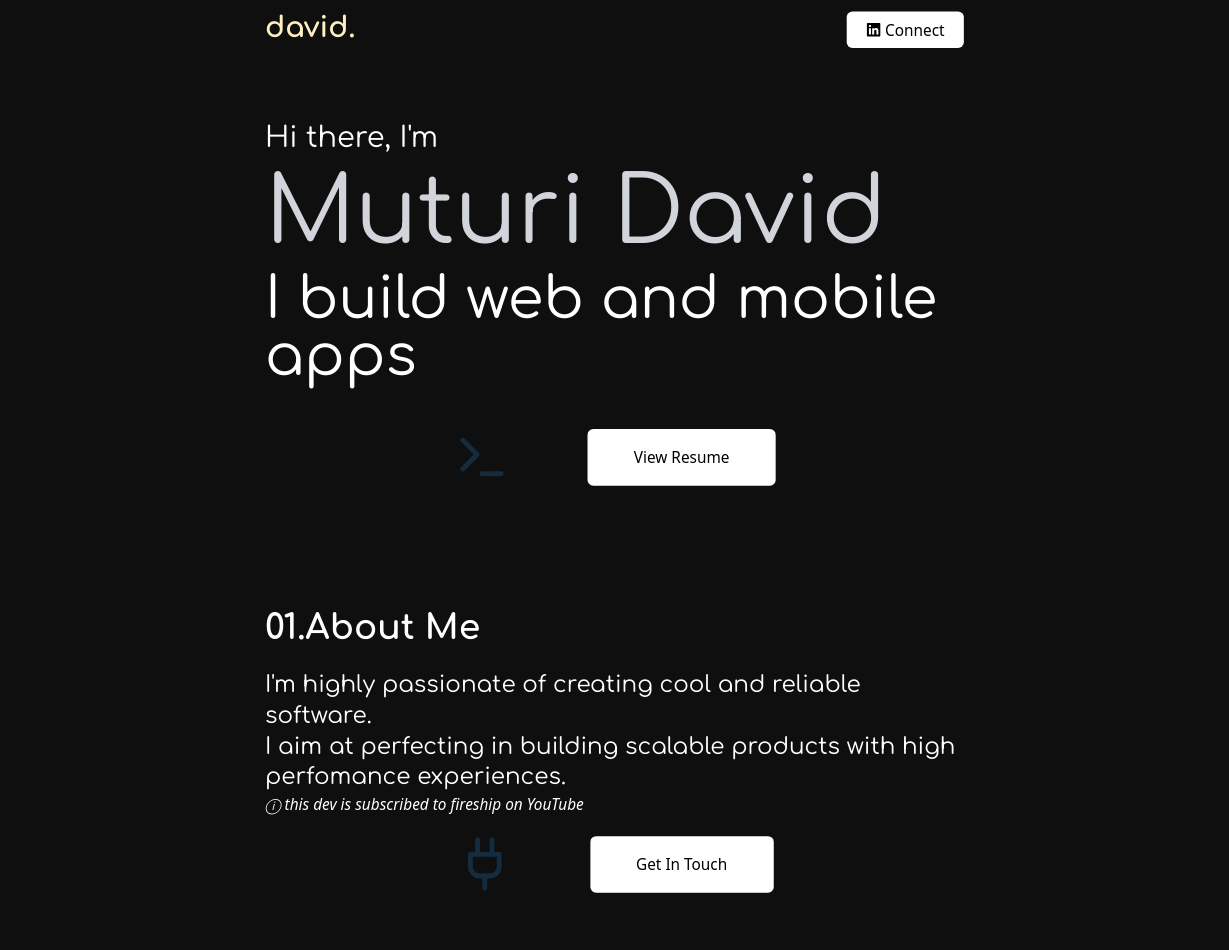
Repository: tushcmd/tushdev-portfolio
Page: /
These files come from the project's save history. The page is drawn as it stood at one moment and after the next save; the edit follows.
The browser window is 1280 px wide. The pictures show the whole page, at 96% of full size.
The project was rebuilt for these pictures with package versions that can differ from the ones it lists, and the page was loaded fresh each time. The framework's server and built-in components were replaced by stand-ins that run in the browser. Also part of the build but not shown: next.config.js.

Above is the page before, as saved 2023-12-15 04:16:40.

### app/layout.tsx
import type { Metadata } from 'next'
import { Inter } from 'next/font/google'
import './globals.css'

const inter = Inter({ subsets: ['latin'] })

export const metadata: Metadata = {
  title: 'Muturi | Software Engineer',
  description: 'This is my Portfolio',

}

export default function RootLayout({
  children,
}: {
  children: React.ReactNode
}) {
  return (
    <html lang="en">
      <head>
        <link rel="icon" href="./public/favicon.ico" />
      </head>
      <body className={`{inter.className} bg-primary w-full overflow-visible`} >{children}</body>
    </html>
  )
}

### app/page.tsx
import Navbar from '@/app/ui/nav';
import Hero from '@/app/ui/hero';
import About from './ui/about';

export default function Page() {
  return (
    <main>
      <Navbar />
      <Hero />
      <About />
    </main>
  );
}

### app/ui/nav.tsx
import Link from 'next/link';
import { comfortaa } from '@/app/ui/fonts';

export default async function Navbar() {
  return (
    <div className='flex justify-center items-center'>
      <div className='sticky flex items-start md:max-w-3xl py-3 w-full md:px-5 px-5 justify-between'>
        <Link
          href='/'
          className={`${comfortaa.className} antialiased font-bold text:2xl md:text-3xl text-logo`}
        >
          david<span>.</span>
        </Link>
        <div className='flex items-center gap-2'>
          <a
            href='https://www.linkedin.com/in/muturi-david-44b505208/'
            target='_blank'
            rel='_noreferrer'
            className='flex items-center gap-1 md:hover:bg-slate-200 rounded-md px-5 bg-white text-black font-medium py-[0.45rem]'
          >
            <svg
              stroke='currentColor'
              fill='currentColor'
              stroke-width='0'
              viewBox='0 0 448 512'
              className='mt-[0.03rem]'
              height='1em'
              width='1em'
              xmlns='http://www.w3.org/2000/svg'
            >
              <path d='M416 32H31.9C14.3 32 0 46.5 0 64.3v383.4C0 465.5 14.3 480 31.9 480H416c17.6 0 32-14.5 32-32.3V64.3c0-17.8-14.4-32.3-32-32.3zM135.4 416H69V202.2h66.5V416zm-33.2-243c-21.3 0-38.5-17.3-38.5-38.5S80.9 96 102.2 96c21.2 0 38.5 17.3 38.5 38.5 0 21.3-17.2 38.5-38.5 38.5zm282.1 243h-66.4V312c0-24.8-.5-56.7-34.5-56.7-34.6 0-39.9 27-39.9 54.9V416h-66.4V202.2h63.7v29.2h.9c8.9-16.8 30.6-34.5 62.9-34.5 67.2 0 79.7 44.3 79.7 101.9V416z'></path>
            </svg>
            Connect
          </a>
        </div>
      </div>
    </div>
  );
}

### app/ui/hero.tsx
import { opensans } from '@/app/ui/fonts';
import { inter } from '@/app/ui/fonts';
import { comfortaa } from '@/app/ui/fonts';
import hero from '@/constants/hero';
import { Terminal } from 'lucide-react';

export default async function Hero() {
  return (
    <section className='relative flex flex-col justify-center items-center md:py-16 py-6 overflow-auto'>
      <div className='flex items-start flex-col md:max-w-3xl pb-6 w-full md:px-5 px-5 justify-between'>
        <p className={`${comfortaa.className} text-3xl text-white pb-3`}>
          Hi there, I&apos;m
        </p>
        <h6
          className={`${comfortaa.className} text-5xl md:text-8xl text-[#D1D5DB] text-bold pb-3`}
        >
          {hero.name}
        </h6>
        <p className={`${comfortaa.className} text-4xl md:text-6xl text-white`}>
          {hero.paragraph}
        </p>
      </div>
      <div className='flex flex-row md:max-w-3xl pt-3 md:pt-5 pb-3 w-full md:px-5 px-5 justify-center space-x-12 md:space-x-20'>
        <svg
          xmlns='http://www.w3.org/2000/svg'
          width='60'
          height='60'
          viewBox='0 0 24 24'
          fill='none'
          stroke='#142c3e'
          stroke-width='2'
          stroke-linecap='round'
          stroke-linejoin='round'
          className='lucide lucide-terminal'
        >
          <polyline points='4 17 10 11 4 5' />
          <line x1='12' x2='20' y1='19' y2='19' />
        </svg>
        <div className='flex items-center gap-2'>
          <a
            href='/'
            target='_blank'
            rel='_noreferrer'
            className='flex items-center gap-1 md:hover:bg-slate-200 rounded-md px-12 bg-white text-black font-medium py-[1.08rem]'
          >
            View Resume
          </a>
        </div>
      </div>
    </section>
  );
}

### app/ui/about.tsx
import Image from 'next/image';
import { comfortaa } from '@/app/ui/fonts';
import about from '@/constants/about';

export default async function About() {
  return (
    <section className='relative flex flex-col justify-center items-center pt-3'>
      <div className='flex items-start flex-col md:max-w-3xl py-10 w-full md:px-5 px-5 justify-between'>
        <h6
          className={`${comfortaa.className} text-white font-bold text-4xl hover:border-0 hover:text-[#142c3e] pb-6`}
        >
          01.About Me
        </h6>
        <p className={`${comfortaa.className} text-white text-2xl`}>
          I&apos;m {about.paragraph} <br />
          {about.paragraph2}
        </p>
        <i className='text-white text-base'>ⓘ this dev is subscribed to fireship on YouTube </i>
        <div className='flex flex-row md:max-w-3xl pt-3 md:py-5 py-10 w-full md:px-5 px-5 justify-center space-x-12 md:space-x-20'>
          <svg
            xmlns='http://www.w3.org/2000/svg'
            width='60'
            height='60'
            viewBox='0 0 24 24'
            fill='none'
            stroke='#142c3e'
            stroke-width='2'
            stroke-linecap='round'
            stroke-linejoin='round'
            className='lucide lucide-plug'
          >
            <path d='M12 22v-5' />
            <path d='M9 8V2' />
            <path d='M15 8V2' />
            <path d='M18 8v5a4 4 0 0 1-4 4h-4a4 4 0 0 1-4-4V8Z' />
          </svg>
          <div className='flex items-center gap-2'>
            <a
              href='/'
              target='_blank'
              rel='_noreferrer'
              className='flex items-center gap-1 md:hover:bg-slate-200 rounded-md px-12 bg-white text-black font-medium py-[1.08rem]'
            >
              Get In Touch
            </a>
          </div>
        </div>
      </div>
    </section>
  );
}

### app/ui/fonts.ts
import { Inter, Comfortaa, Open_Sans } from 'next/font/google';

export const inter = Inter({ subsets: ['latin'] });

export const comfortaa = Comfortaa({
  weight: ['400', '700'],
  subsets: ['latin'],
});

export const opensans = Open_Sans({
    weight: ['300', '400', '500', '600', '700', '800'],
    subsets: ['latin']
});

### constants/hero.ts
interface Hero {
    greet: string;
    name: string;
    paragraph: string;
}

const hero: Hero = {
    greet: 'Hi there, I am',
    name: 'Muturi David',
    paragraph: `I build web and mobile
    apps`,
};

export default hero;

### constants/about.ts
interface About {
    paragraph: string;
    paragraph2: string;
}

const about: About = {
    paragraph: ' highly passionate of creating cool and reliable software.',
    paragraph2: 'I aim at perfecting in building scalable products with high perfomance experiences. ',
};

export default about;

### tailwind.config.ts
import type { Config } from 'tailwindcss'

const config: Config = {
  content: [
    './pages/**/*.{js,ts,jsx,tsx,mdx}',
    './components/**/*.{js,ts,jsx,tsx,mdx}',
    './app/**/*.{js,ts,jsx,tsx,mdx}',
  ],
  theme: {
    extend: {
      colors: {
        primary: "#0F0F0F",
        heading: "#FFFFFF",
        logo: "#FFF0C1",
        dimGray: "D1D5DB",
        iconBg: '#9CA3AF',
        iconText: '202020',
      },
      screens: {
        sm: '480px',
        md: '768px',
        lg: '976px',
        xl: '1440px',
      },
    },
  },
  plugins: [],
}
export default config

Loaded but not shown: app/globals.css (common file)

After the next save:
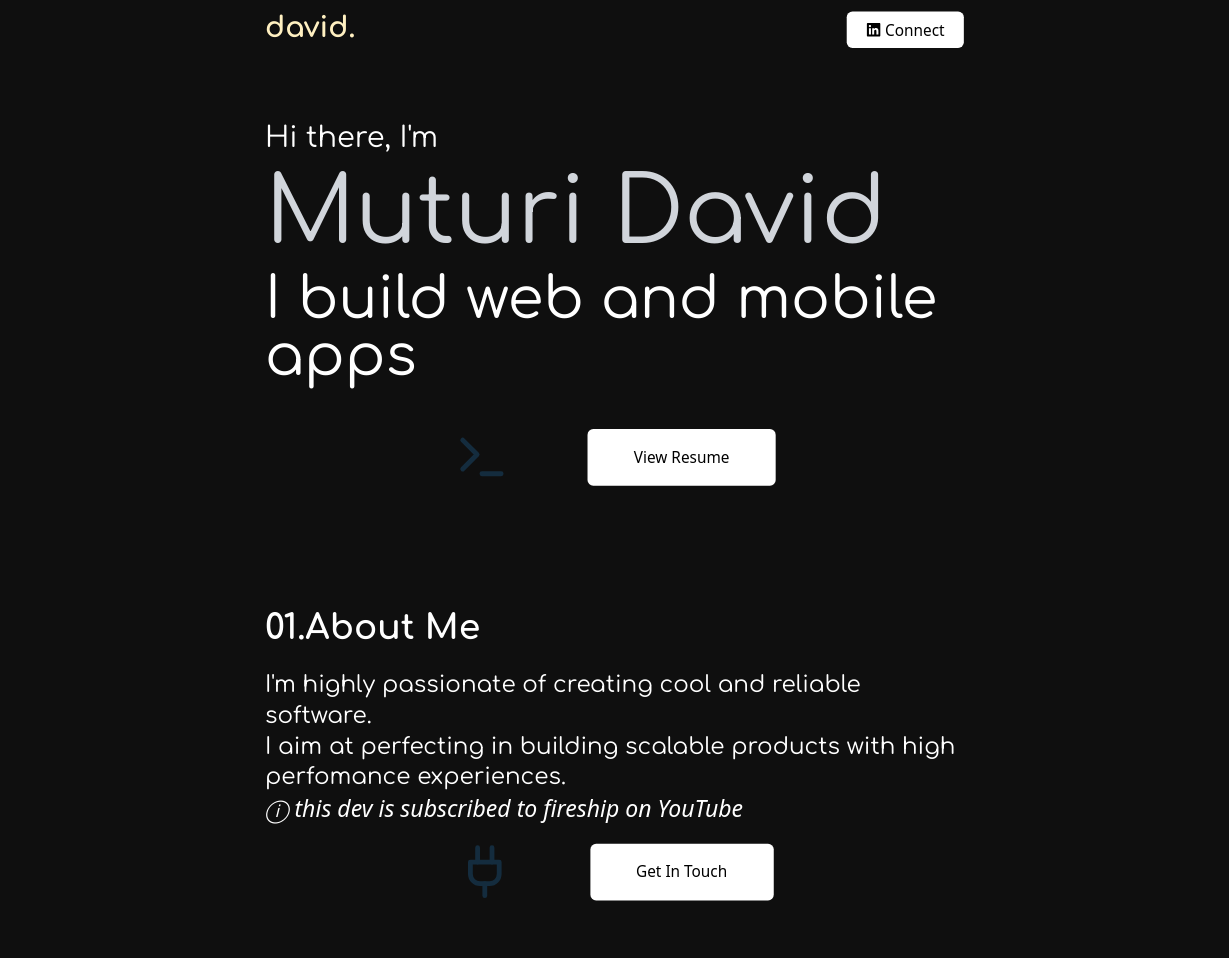
Saved 34 s later.
--- a/app/ui/about.tsx
+++ b/app/ui/about.tsx
@@ -15,7 +15,7 @@ export default async function About() {
           I&apos;m {about.paragraph} <br />
           {about.paragraph2}
         </p>
-        <i className='text-white text-base'>ⓘ this dev is subscribed to fireship on YouTube </i>
+        <i className='text-white text-2xl'>ⓘ this dev is subscribed to fireship on YouTube </i>
         <div className='flex flex-row md:max-w-3xl pt-3 md:py-5 py-10 w-full md:px-5 px-5 justify-center space-x-12 md:space-x-20'>
           <svg
             xmlns='http://www.w3.org/2000/svg'
